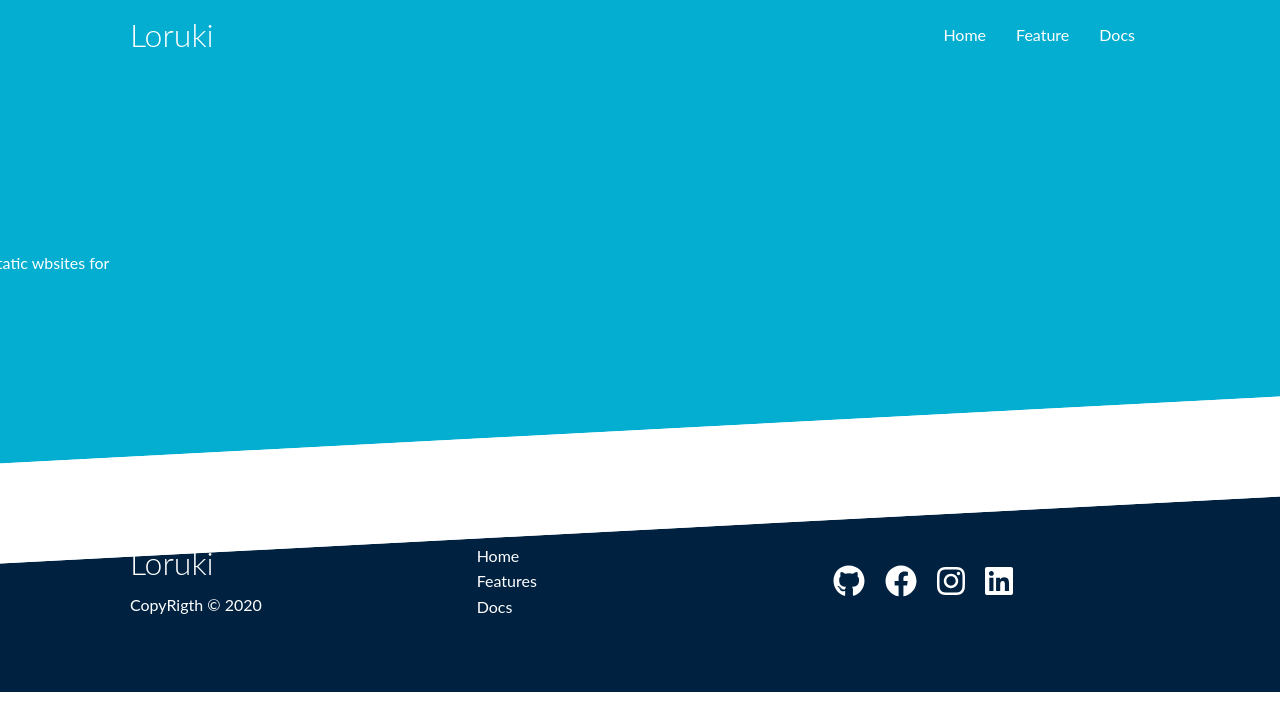
Repository: MosiurRrahman/loruki-app-reactjs
Page: /
An editor plug-in stored every save of this project. The page is shown before and after the next save, followed by the edit.
The browser window is 1280 px wide. The pictures show the whole page.
The project was rebuilt for these pictures with package versions that can differ from the ones it lists, and the page was loaded fresh each time. Also part of the build but not shown: src/components/app.jsx.

Above is the page before, as saved 2021-10-05 15:58:11.

### src/index.js
import React from 'react';
import ReactDOM from 'react-dom';
import { BrowserRouter, Route, Switch } from 'react-router-dom';
import Layout from './components/app';
import defaultLayout from './components/layouts/Main';
import './index.css';
// import './utilities';






class Root extends React.Component{
  render(){
    return(
      <BrowserRouter basename = {"/"} >
      <Switch>
        <Route exact path = "/" component={defaultLayout} />
      <Layout></Layout>
      </Switch>
      </BrowserRouter>
    );
  }
}




ReactDOM.render(
  <React.StrictMode>
    <Root />
  </React.StrictMode>,
  document.getElementById('root')
);

### src/components/layouts/Main.jsx
import React, { Component } from "react";
import Footer from "../common/Footer";
import Header from "../common/Header";
import HomePage from "../pages/home/HomePage";

class Main extends Component {
  constructor(props) {
    super(props);
    this.state = {};
  }
  render() {
    return (
      <>
        <Header />
        <HomePage />
        <Footer />
      </>
    );
  }
}

export default Main;

### src/index.css
/* all css imported */

@import url("./assets/css/main");
@import url("./assets/css/utilities");

### src/components/common/Footer.jsx
import {
  faFacebook,
  faGithub,
  faInstagram,
  faLinkedin,
} from "@fortawesome/free-brands-svg-icons";
import { FontAwesomeIcon } from "@fortawesome/react-fontawesome";
import { Component } from "react";

class Footer extends Component {
  render() {
    return (
      <>
        <footer className="footer bg-dark py-5">
          <div className="container grid grid-3">
            <div>
              <h1>Loruki</h1>
              <p>CopyRigth &copy; 2020</p>
            </div>
            <nav>
              <ul>
                <li>
                  <a href="index.html">Home</a>
                </li>
                <li>
                  <a href="feature.html">Features</a>
                </li>
                <li>
                  <a href="docs.html">Docs</a>
                </li>
              </ul>
            </nav>
            <div className="social">
              <a href="#">
                <li className="fa-2x">
                  <FontAwesomeIcon icon={faGithub} />
                </li>
              </a>
              <a href="#">
                <li className="fa-2x">
                  <FontAwesomeIcon icon={faFacebook} />
                </li>
              </a>
              <a href="#">
                <li className="fa-2x">
                  <FontAwesomeIcon icon={faInstagram} />
                </li>
              </a>
              <a href="#">
                <li className=" fa-2x">
                  <FontAwesomeIcon icon={faLinkedin} />
                </li>
              </a>
            </div>
          </div>
        </footer>
      </>
    );
  }
}
export default Footer;

### src/components/common/Header.jsx
import { Component } from "react";

class Header extends Component {
  render() {
    return (
      <>
        <div className="navbar">
          <div className="container flex">
            <h1 className="logo">Loruki</h1>
            <nav>
              <ul>
                <li>
                  <a href="index.html">Home</a>
                </li>
                <li>
                  <a href="feature.html">Feature</a>
                </li>
                <li>
                  <a href="docs.html">Docs</a>
                </li>
              </ul>
            </nav>
          </div>
        </div>
      </>
    );
  }
}
export default Header;

### src/components/pages/home/HomePage.js
import React, { Component } from 'react';
import ShowCase from './ShowCase';

class HomePage extends Component {
    constructor(props){
        super(props);
        this.state = {

        }
    }
    render() {
        return (
            <>
            <ShowCase/>
            </>
        );
    }
}

export default HomePage;

### src/assets/css/main.css
:root {
  --primary-color: #04aed0;
  --secondry-color: #04a1c0;
  --dark-color: #002240;
  --light-color: #f4f4ff;
  --success-color: #5cb85c;
  --error-color: #d9534f;
}

* {
  box-sizing: border-box;
  margin: 0;
  padding: 0;
}

body {
  font-family: "lato", sans-serif;
  color: #333333;
  line-height: 1.6;
}

ul {
  list-style-type: none;
}

a {
  text-decoration: none;
  color: #333333;
}

h1,
h2 {
  font-weight: 300;
  line-height: 1.2;
  margin: 10px 0;
}

p {
  margin: 10px 0;
}

img {
  width: 100%;
}

code,
pre {
  background: #333;
  color: #fff;
  padding: 10px;
}

.hidden {
  visibility: hidden;
  height: 0;
}

/* === navbar style === */

.navbar {
  background-color: var(--primary-color);
  color: #ffffff;
  height: 70px;
}

.navbar .flex {
  justify-content: space-between;
}

.navbar ul {
  display: flex;
}

.navbar ul a {
  padding: 10px;
  margin: 0 5px;
  color: #fff;
  transition: 0.3s;
}

.navbar ul a:hover {
  border-bottom: 2px solid #fff;
}

/* === Showcase style === */

.showcase {
  height: 400px;
  background-color: var(--primary-color);
  color: #fff;
  position: relative;
}

.showcase h1 {
  font-size: 40px;
}

.showcase p {
  margin: 20px 0;
}

.showcase .grid {
  overflow: visible;
  grid-template-columns: 55% 45%;
  gap: 30px;
}

body {
  overflow-x: hidden;
}

.showcase-form {
  position: relative;
  top: 60px;
  height: 350px;
  max-width: 400px;
  padding: 40px;
  z-index: 100;
  animation: slideInFromRight 1s ease-in;
}

.showcase-text {
  animation: slideInFromLeft 1s ease-in;
}

.showcase .form-control {
  margin: 30px 0;
}

.showcase input[type="text"],
.showcase input[type="email"] {
  border: 0;
  border-bottom: 1px solid #b4becb;
  width: 100%;
  padding: 3px;
  font-size: 16px;
}

.showcase-form input:focus {
  outline: none;
}

.showcase::before,
.showcase::after {
  content: "";
  position: absolute;
  height: 100px;
  background: #fff;
  left: 0;
  bottom: -60px;
  right: 0;
  transform: skewY(-3deg);
  --webkit-transform: skewY(-3deg);
  --moz-transform: skewY(-3deg);
  --ms-transform: skewY(-3deg);
}

/* ===stats=== */

.stats {
  padding-top: 100px;
  animation: slideInFromBottom 1s ease-in;
}

.stats-heading {
  max-width: 500px;
  margin: auto;
}

.stats .grid h3 {
  font-size: 35px;
}

.stats .grid p {
  font-size: 20px;
  font-weight: bold;
}

/* cli */

.cli .grid {
  grid-template-columns: repeat(3, 1fr);
  grid-template-rows: repeat(2, 1fr);
}

.cli .grid > *:first-child {
  grid-column: 1 / span 2;
  grid-row: 1 / span 2;
}

/* Cloud */

.cloud .grid {
  grid-template-columns: repeat(4fr, 1fr);
}

/* languages */

.languages .flex {
  flex-wrap: wrap;
}

.languages .card {
  text-align: center;
  margin: 18px 10px 40px;
  transition: 0.3s;
}

.languages .card:hover {
  transform: translateY(-15px);
  color: var(--primary-color);
}

.languages .card h4 {
  font-size: 20px;
  margin-bottom: 10px;
}

/* Feature section */

.freatures-head img,
.docs-head img {
  width: 200px;
  justify-self: center;
}

.freatures-sub-head img {
  width: 300px;
  justify-self: flex-end;
}

/* feature main */

.freatures-main .card > i {
  margin-right: 20px;
}

.freatures-main .grid {
  padding: 30px;
}

.freatures-main .grid > *:first-child {
  grid-column: 1 / span 3;
}

.freatures-main .grid > *:nth-child(2) {
  grid-column: 1 / span 2;
}

.freatures-main .grid > *:nth-child(2) {
  justify-content: start;
}

/* dosc */

.docs-main h3 {
  margin: 20px 0;
}

.docs-main .grid {
  grid-template-columns: 1fr 2fr;
  align-items: flex-start;
}

.docs-main nav li {
  font-size: 20px;
  padding-bottom: 5px;
  margin-bottom: 5px;
  border-bottom: 1px solid #ccc;
}

.docs-main nav a:hover {
  color: var(--primary-color);
  font-weight: bold;
}

/* Footer */
.footer .social {
  display: flex;
}
.footer .social a {
  margin: 0 10px;
}

.footer .social a li {
  list-style-type: none;
  transition: 0.3s;
}

.footer .social a li:hover {
  transform: translateY(-5px);
  color: var(--primary-color);
}

/* Animation */

@keyframes slideInFromLeft {
  0% {
    transform: translateX(-100%);
  }
  100% {
    transform: translateX(0);
  }
}

@keyframes slideInFromRight {
  0% {
    transform: translateX(70%);
  }
  100% {
    transform: translateX(0);
  }
}

@keyframes slideInFromTop {
  0% {
    transform: translateY(-100%);
  }
  100% {
    transform: translateX(0);
  }
}

@keyframes slideInFromBottom {
  0% {
    transform: translateY(100%);
  }
  100% {
    transform: translateX(0);
  }
}

/* ===responsive css ===*/

/* Tablets and under */

@media screen and (max-width: 768px) {
  .grid,
  .showcase .grid,
  .stats .grid,
  .cli .grid,
  .cloud .grid,
  .freature-main .grid,
  .docs-main .grid {
    grid-template-columns: 1fr;
    grid-template-rows: 1fr;
  }
  .showcase {
    height: auto;
  }
  .showcase-text {
    text-align: center;
    margin-top: 40px;
    animation: slideInFromTop 1s ease-in;
  }
  .showcase-form {
    justify-self: center;
    margin: auto;
    animation: slideInFromBottom 1s ease-in;
  }
  .cli .grid > *:first-child {
    grid-column: 1;
    grid-row: 1;
  }
  .freatures-head,
  .freatures-sub-head,
  .docs-head {
    text-align: center;
  }
  .freatures-head img,
  .freatures-sub-head img,
  .docs-head img {
    justify-self: center;
  }
  .freatures-main .grid > *:first-child,
  .freatures-main .grid > *:nth-child(2) {
    grid-column: 1;
  }
  .grid-3 {
    grid-template-columns: 1fr;
    grid-template-rows: 1fr;
  }
}

/* Mobile */

@media (max-width: 500px) {
  .navbar {
    height: 110px;
  }
  .navbar .flex {
    flex-direction: column;
  }
  .navbar ul {
    padding: 10px;
    background: rgba(0, 0, 0, 0.1);
  }
}

/* ===responsive css end ===*/

/* === utlities === */

.container {
  max-width: 1100px;
  margin: 0 auto;
  overflow: auto;
  padding: 0 40px;
}

.card {
  background-color: #fff;
  color: #333;
  border-radius: 10px;
  box-shadow: 0 3px 10px rgba(0, 0, 0, 0.2);
  padding: 20px;
  margin: 10px;
}

.card p {
  padding-left: 20px;
}

.btn {
  display: inline-block;
  padding: 10px 30px;
  cursor: pointer;
  background: var(--primary-color);
  color: #fff;
  border: none;
  border-radius: 5px;
  transition: 0.3s;
}

.btn-outline {
  background-color: transparent;
  border: 1px solid #ffffff;
}

.btn:hover {
  transform: translate(5px);
}

/* background and colored buttons */

.btn-primary,
.bg-primary {
  background-color: var(--primary-color);
  color: #ffffff;
}

.btn-secondry,
.bg-secondry {
  background-color: var(--secondry-color);
  color: #ffffff;
}

.btn-dark,
.bg-dark {
  background-color: var(--dark-color);
  color: #ffffff;
}

.btn-light,
.bg-light {
  background-color: var(--light-color);
  color: #333;
}

.btn-primary a,
.bg-primary a,
.btn-secondry a,
.bg-secondry a,
.btn-dark a,
.bg-dark a {
  color: #fff;
}

/* text sizes */

.lead {
  font-size: 20px;
}

.sm {
  font-size: 1rem;
}

.md {
  font-size: 2rem;
}

.lg {
  font-size: 3rem;
}

.xl {
  font-size: 4rem;
}

.text-center {
  text-align: center;
}

.flex {
  display: flex;
  justify-items: center;
  align-items: center;
  height: 100%;
}

.grid {
  display: grid;
  grid-template-columns: repeat(2, 1fr);
  gap: 20px;
  justify-content: center;
  align-items: center;
  height: 100%;
}

.grid-3 {
  grid-template-columns: repeat(3, 1fr);
}

/* alart */

.alert {
  background-color: var(--light-color);
  padding: 10px 20px;
  font-weight: bold;
  margin: 15px 0;
}

.alert i {
  margin-right: 10px;
}

.alert-success {
  background-color: var(--success-color);
  color: #fff;
}

.alert-error {
  background-color: var(--errer-color);
  color: #fff;
}

/* Margin */

.my-1 {
  margin: 1rem 0;
}

.my-2 {
  margin: 1.5rem 0;
}

.my-3 {
  margin: 2rem;
}

.my-4 {
  margin: 3rem 0;
}

.my-5 {
  margin: 4rem 0;
}

.m-1 {
  margin: 1rem;
}

.m-2 {
  margin: 1.5rem;
}

.m-3 {
  margin: 2rem;
}

.m-4 {
  margin: 3rem;
}

.m-5 {
  margin: 4rem;
}

/* padding */

.py-1 {
  padding: 1rem 0;
}

.py-2 {
  padding: 1.5rem 0;
}

.py-3 {
  padding: 2rem;
}

.py-4 {
  padding: 3rem 0;
}

.py-5 {
  padding: 4rem 0;
}

.p-1 {
  padding: 1rem;
}

.p-2 {
  padding: 1.5rem;
}

.p-3 {
  padding: 2rem;
}

.p-4 {
  padding: 3rem;
}

.p-5 {
  padding: 4rem;
}

### src/assets/css/utilities.css
/* === utlities === */

.container {
  max-width: 1100px;
  margin: 0 auto;
  overflow: auto;
  padding: 0 40px;
}

.card {
  background-color: #fff;
  color: #333;
  border-radius: 10px;
  box-shadow: 0 3px 10px rgba(0, 0, 0, 0.2);
  padding: 20px;
  margin: 10px;
}

.card p {
  padding-left: 20px;
}

.btn {
  display: inline-block;
  padding: 10px 30px;
  cursor: pointer;
  background: var(--primary-color);
  color: #fff;
  border: none;
  border-radius: 5px;
  transition: 0.3s;
}

.btn-outline {
  background-color: transparent;
  border: 1px solid #ffffff;
}

.btn:hover {
  transform: translate(5px);
}

/* background and colored buttons */

.btn-primary,
.bg-primary {
  background-color: var(--primary-color);
  color: #ffffff;
}

.btn-secondry,
.bg-secondry {
  background-color: var(--secondry-color);
  color: #ffffff;
}

.btn-dark,
.bg-dark {
  background-color: var(--dark-color);
  color: #ffffff;
}

.btn-light,
.bg-light {
  background-color: var(--light-color);
  color: #333;
}

.btn-primary a,
.bg-primary a,
.btn-secondry a,
.bg-secondry a,
.btn-dark a,
.bg-dark a {
  color: #fff;
}

/* text sizes */

.lead {
  font-size: 20px;
}

.sm {
  font-size: 1rem;
}

.md {
  font-size: 2rem;
}

.lg {
  font-size: 3rem;
}

.xl {
  font-size: 4rem;
}

.text-center {
  text-align: center;
}

.flex {
  display: flex;
  justify-items: center;
  align-items: center;
  height: 100%;
}

.grid {
  display: grid;
  grid-template-columns: repeat(2, 1fr);
  gap: 20px;
  justify-content: center;
  align-items: center;
  height: 100%;
}

.grid-3 {
  grid-template-columns: repeat(3, 1fr);
}

/* alart */

.alert {
  background-color: var(--light-color);
  padding: 10px 20px;
  font-weight: bold;
  margin: 15px 0;
}

.alert i {
  margin-right: 10px;
}

.alert-success {
  background-color: var(--success-color);
  color: #fff;
}

.alert-error {
  background-color: var(--errer-color);
  color: #fff;
}

/* Margin */

.my-1 {
  margin: 1rem 0;
}

.my-2 {
  margin: 1.5rem 0;
}

.my-3 {
  margin: 2rem;
}

.my-4 {
  margin: 3rem 0;
}

.my-5 {
  margin: 4rem 0;
}

.m-1 {
  margin: 1rem;
}

.m-2 {
  margin: 1.5rem;
}

.m-3 {
  margin: 2rem;
}

.m-4 {
  margin: 3rem;
}

.m-5 {
  margin: 4rem;
}

/* padding */

.py-1 {
  padding: 1rem 0;
}

.py-2 {
  padding: 1.5rem 0;
}

.py-3 {
  padding: 2rem;
}

.py-4 {
  padding: 3rem 0;
}

.py-5 {
  padding: 4rem 0;
}

.p-1 {
  padding: 1rem;
}

.p-2 {
  padding: 1.5rem;
}

.p-3 {
  padding: 2rem;
}

.p-4 {
  padding: 3rem;
}

.p-5 {
  padding: 4rem;
}

### src/components/pages/home/ShowCase.js
import React, { Component } from 'react';

class ShowCase extends Component {
    render() {
        return (
           <>
           <section className = "showcase">
               <div className="container grid">
               <div class="showcase-text">
                <h1>Easier Deployment</h1>
                <p>Deploy web apps of all kinds, from large scale enterise APIs to static wbsites for individuals.Flill out the form to try a demo of our platform</p>
                <a href="feature.html" class="btn btn-outline">Read More</a>
            </div>
               </div>
           </section>
           </>
        );
    }
}

export default ShowCase;

### src/components/pages/home/ShowcaseForm.js
import React, { Component } from 'react';

class ShowcaseForm extends Component {
    render() {
        return (
            <>
                <div clas="showcase-form card">
                <h2>Request a demo</h2>
                <form name="contact" method="POST" data-netlify="true" netlify-honeypot="bot-field">
                    <input type="hidden" name="form-name" value="contact"/>
                    <p class="hidden">
                        <label>Don’t fill this out if you're human: <input name="bot-field" /></label>
                    </p>
                    <div class="form-control">
                        <input type="text" name="name" id="" placeholder="Name" required />
                    </div>
                    <div class="form-control">
                        <input type="text" name="Company name" id="" placeholder="Company Name" required />
                    </div>
                    <div class="form-control">
                        <input type="email" name="email" id="" placeholder="Email" required />
                    </div>
                    <input type="submit" value="Send" class="btn btn-primary" />
                </form>
            </div>
            </>
        );
    }
}

export default ShowcaseForm;

Loaded but not shown: public/index.html (common file)

After the next save:
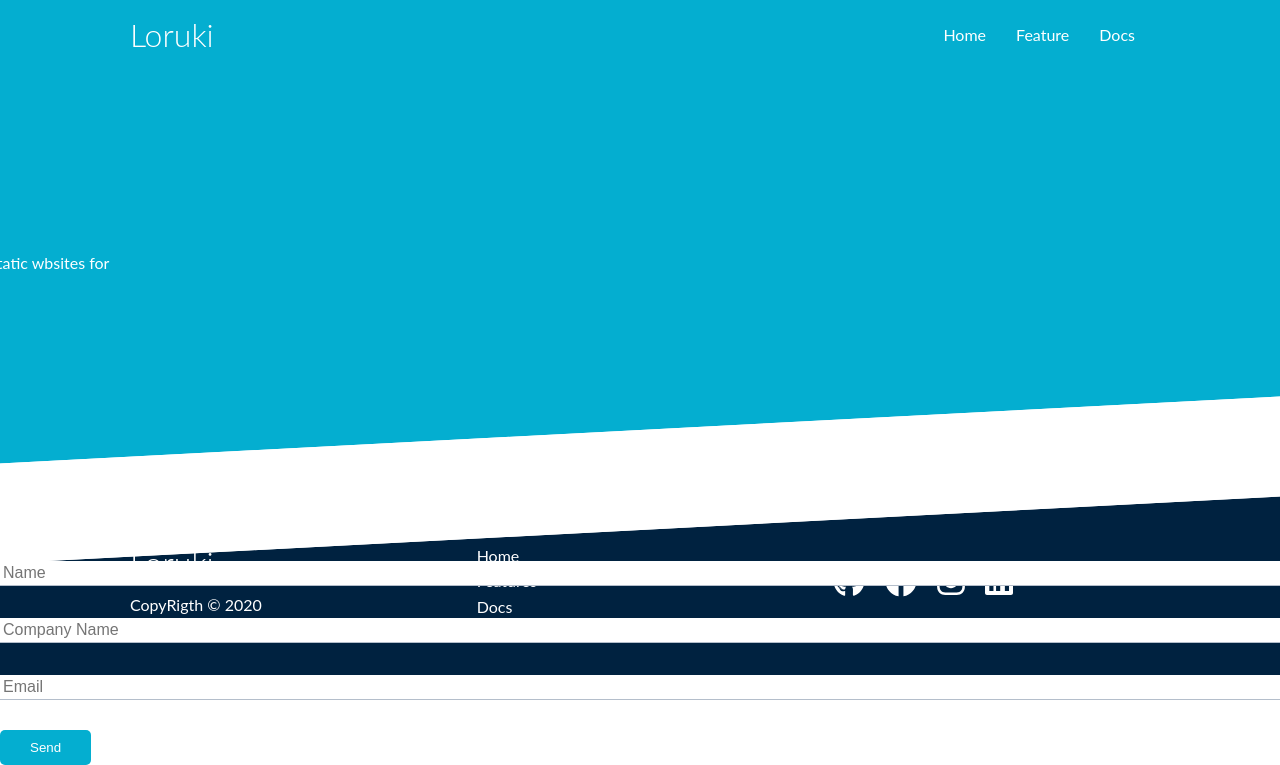
Saved 35 s later.
--- a/src/components/pages/home/ShowCase.js
+++ b/src/components/pages/home/ShowCase.js
@@ -1,21 +1,29 @@
-import React, { Component } from 'react';
+import React, { Component } from "react";
+import ShowcaseForm from "./ShowcaseForm";
 
 class ShowCase extends Component {
-    render() {
-        return (
-           <>
-           <section className = "showcase">
-               <div className="container grid">
-               <div class="showcase-text">
-                <h1>Easier Deployment</h1>
-                <p>Deploy web apps of all kinds, from large scale enterise APIs to static wbsites for individuals.Flill out the form to try a demo of our platform</p>
-                <a href="feature.html" class="btn btn-outline">Read More</a>
+  render() {
+    return (
+      <>
+        <section className="showcase">
+          <div className="container grid">
+            <div class="showcase-text">
+              <h1>Easier Deployment</h1>
+              <p>
+                Deploy web apps of all kinds, from large scale enterise APIs to
+                static wbsites for individuals.Flill out the form to try a demo
+                of our platform
+              </p>
+              <a href="feature.html" class="btn btn-outline">
+                Read More
+              </a>
             </div>
-               </div>
-           </section>
-           </>
-        );
-    }
+          </div>
+          <ShowcaseForm/>
+        </section>
+      </>
+    );
+  }
 }
 
 export default ShowCase;
